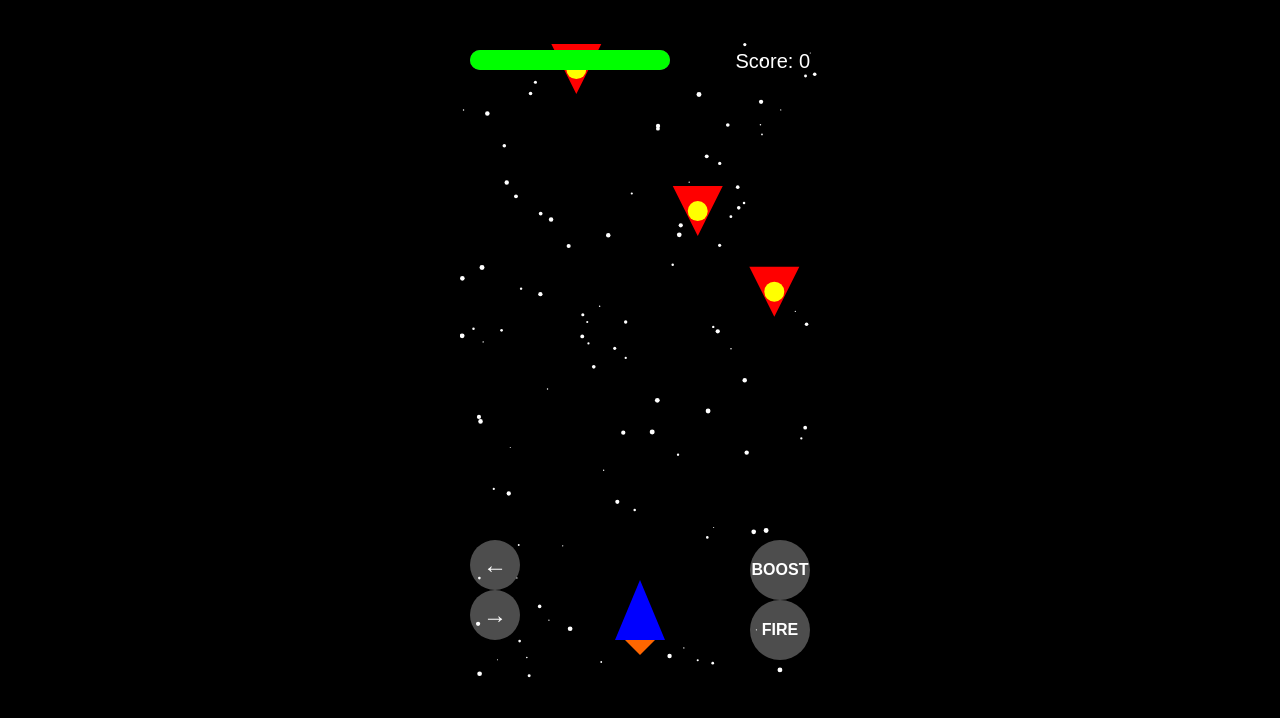
Repository: BiranOrundas/space-shooter
Page: space-shooter.html
The author's editor kept a copy of each file at every save. The page is drawn from the files as they stood at one save, then again after the next save.
The browser window is 1280 px wide. The pictures show the whole page.

Above is the page before, as saved 2025-03-13 13:01:39.

### space-shooter.html
<!DOCTYPE html>
<html lang="en">
<head>
  <meta charset="UTF-8">
  <meta name="viewport" content="width=device-width, initial-scale=1.0">
  <title>Space Shooter</title>
  <style>
    body {
      margin: 0;
      overflow: hidden;
      touch-action: none;
      font-family: Arial, sans-serif;
      background-color: #000;
      display: flex;
      justify-content: center;
      align-items: center;
      height: 100vh;
    }

    #game-container {
      position: relative;
      width: 360px;
      height: 640px;
      background-color: #000;
      overflow: hidden;
      touch-action: none;
    }

    #game-canvas {
      width: 100%;
      height: 100%;
    }

    #controls {
      position: absolute;
      bottom: 20px;
      left: 0;
      width: 100%;
      display: flex;
      justify-content: space-between;
      z-index: 10;
    }

    .direction-btn {
      width: 50px;
      height: 50px;
      background-color: rgba(255, 255, 255, 0.3);
      border-radius: 50%;
      display: flex;
      justify-content: center;
      align-items: center;
      color: white;
      font-weight: bold;
      font-size: 24px;
      user-select: none;
      margin: 0 10px;
    }

    .action-btn {
      width: 60px;
      height: 60px;
      background-color: rgba(255, 255, 255, 0.3);
      border-radius: 50%;
      display: flex;
      justify-content: center;
      align-items: center;
      color: white;
      font-weight: bold;
      font-size: 16px;
      user-select: none;
      margin: 0 10px;
    }

    #life-bar-container {
      position: absolute;
      top: 10px;
      left: 10px;
      width: 200px;
      height: 20px;
      background-color: rgba(255, 255, 255, 0.3);
      border-radius: 10px;
    }

    #life-bar {
      height: 100%;
      width: 100%;
      background-color: #0f0;
      border-radius: 10px;
      transition: width 0.3s;
    }

    #score {
      position: absolute;
      top: 10px;
      right: 10px;
      color: white;
      font-size: 20px;
    }

    #game-over {
      position: absolute;
      top: 0;
      left: 0;
      width: 100%;
      height: 100%;
      background-color: rgba(0, 0, 0, 0.8);
      display: none;
      flex-direction: column;
      justify-content: center;
      align-items: center;
      color: white;
      font-size: 30px;
      z-index: 20;
    }

    #restart-btn {
      margin-top: 20px;
      padding: 10px 20px;
      background-color: #0f0;
      color: black;
      border: none;
      border-radius: 5px;
      font-size: 18px;
      cursor: pointer;
    }

    .star {
      position: absolute;
      background-color: white;
      border-radius: 50%;
    }
  </style>
</head>
<body>
  <div id="game-container">
    <div id="life-bar-container">
      <div id="life-bar"></div>
    </div>
    <div id="score">Score: 0</div>
    <canvas id="game-canvas"></canvas>

    <div id="controls">
      <div id="movement-controls">
        <div class="direction-btn" id="left-btn">←</div>
        <div class="direction-btn" id="right-btn">→</div>
      </div>
      <div id="action-controls">
        <div class="action-btn" id="boost-btn">BOOST</div>
        <div class="action-btn" id="shoot-btn">FIRE</div>
      </div>
    </div>

    <div id="game-over">
      <div>GAME OVER</div>
      <div id="final-score">Score: 0</div>
      <button id="restart-btn">Restart</button>
    </div>
  </div>

  <script>
    // Game setup
    const canvas = document.getElementById('game-canvas');
    const ctx = canvas.getContext('2d');

    // Set canvas dimensions to match container
    const container = document.getElementById('game-container');
    canvas.width = container.clientWidth;
    canvas.height = container.clientHeight;

    // Game variables
    let score = 0;
    let gameOver = false;
    let animationId;

    // Player variables
    const player = {
      x: canvas.width / 2 - 25,
      y: canvas.height - 100,
      width: 50,
      height: 60,
      speed: 5,
      boostedSpeed: 10,
      isBoosting: false,
      life: 100,
      color: '#00f',
      cooldown: 0,
      lastShot: 0
    };

    // Game elements arrays
    const bullets = [];
    const enemies = [];
    const stars = [];

    // Control variables
    let leftPressed = false;
    let rightPressed = false;
    let shootPressed = false;
    let boostPressed = false;

    // Generate stars for background
    function createStars() {
      const starCount = 100;
      for (let i = 0; i < starCount; i++) {
        stars.push({
          x: Math.random() * canvas.width,
          y: Math.random() * canvas.height,
          size: Math.random() * 2 + 0.5,
          speed: Math.random() * 2 + 0.9
        });
      }
    }

    // if(!boostPressed){
    //     stars.push({speed : math.random() * 2 + 3.9})
    //     console.log("speed up")
    //     }else{
    //         stars.push({speed : math.random() * 2 + 0.9})
    //         console.log("speed up")
    //     }

    // Draw player's spaceship
    function drawPlayer() {
      // Draw player ship
      ctx.fillStyle = player.color;

      // Ship body
      ctx.beginPath();
      ctx.moveTo(player.x + player.width / 2, player.y);
      ctx.lineTo(player.x + player.width, player.y + player.height);
      ctx.lineTo(player.x, player.y + player.height);
      ctx.closePath();
      ctx.fill();

      // Engine flames
      if (player.isBoosting) {
        ctx.fillStyle = '#ff0';
      } else {
        ctx.fillStyle = '#f60';
      }

      const flameHeight = player.isBoosting ? 30 : 15;
      ctx.beginPath();
      ctx.moveTo(player.x + 10, player.y + player.height);
      ctx.lineTo(player.x + player.width / 2, player.y + player.height + flameHeight);
      ctx.lineTo(player.x + player.width - 10, player.y + player.height);
      ctx.closePath();
      ctx.fill();
    }

    // Create a bullet
    function shootBullet() {
      const now = Date.now();
      if (now - player.lastShot > 300) { // Cooldown in ms
        bullets.push({
          x: player.x + player.width / 2 - 3,
          y: player.y,
          width: 1,
          height: 15,
          speed: 10,
          color: '#f00'
        });
        player.lastShot = now;
      }
    }

    // Draw bullets
    function drawBullets() {
      bullets.forEach(bullet => {
        ctx.fillStyle = bullet.color;
        ctx.fillRect(bullet.x, bullet.y, bullet.width, bullet.height);
      });
    }

    // Create enemy ships
    function spawnEnemy() {
      if (Math.random() < 0.02 && !gameOver) {
        enemies.push({
          x: Math.random() * (canvas.width - 50),
          y: -50,
          width: 50,
          height: 50,
          speed: Math.random() * 2 + 1
        });
      }
    }

    // Draw enemy ships
    function drawEnemies() {
      enemies.forEach(enemy => {
        // Enemy ship body
        ctx.fillStyle = '#f00';
        ctx.beginPath();
        ctx.moveTo(enemy.x + enemy.width / 2, enemy.y + enemy.height);
        ctx.lineTo(enemy.x + enemy.width, enemy.y);
        ctx.lineTo(enemy.x, enemy.y);
        ctx.closePath();
        ctx.fill();

        // Enemy details
        ctx.fillStyle = '#ff0';
        ctx.beginPath();
        ctx.arc(enemy.x + enemy.width / 2, enemy.y + enemy.height / 2, 10, 0, Math.PI * 2);
        ctx.fill();
      });
    }

    // Draw stars background
    function drawStars() {
      ctx.fillStyle = 'white';
      stars.forEach(star => {
        ctx.beginPath();
        ctx.arc(star.x, star.y, star.size, 0, Math.PI * 2);
        ctx.fill();
      });
    }

    // Update star positions
    function updateStars() {
      stars.forEach(star => {
        star.y += star.speed;
        if (star.y > canvas.height) {
          star.y = 0;
          star.x = Math.random() * canvas.width;
        }
      });
    }

    // Update game elements
    function updateGameElements() {
      // Update player position
      if (leftPressed && player.x > 0) {
        player.x -= player.isBoosting ? player.boostedSpeed : player.speed;
      }
      if (rightPressed && player.x < canvas.width - player.width) {
        player.x += player.isBoosting ? player.boostedSpeed : player.speed;
      }

      // Update bullets
      for (let i = 0; i < bullets.length; i++) {
        bullets[i].y -= bullets[i].speed;

        // Remove bullets that are off screen
        if (bullets[i].y < 0) {
          bullets.splice(i, 1);
          i--;
        }
      }

      // Update enemies
      for (let i = 0; i < enemies.length; i++) {
        enemies[i].y += enemies[i].speed;

        // Check for collision with player
        if (
          player.x < enemies[i].x + enemies[i].width &&
          player.x + player.width > enemies[i].x &&
          player.y < enemies[i].y + enemies[i].height &&
          player.y + player.height > enemies[i].y
        ) {
          // Player hit by enemy
          player.life -= 30;
          updateLifeBar();

          // Remove enemy
          enemies.splice(i, 1);
          i--;

          // Check game over
          if (player.life <= 0) {
            endGame();
          }

          continue;
        }

        // Check for bullets hitting enemies
        for (let j = 0; j < bullets.length; j++) {
          if (
            bullets[j].x < enemies[i].x + enemies[i].width &&
            bullets[j].x + bullets[j].width > enemies[i].x &&
            bullets[j].y < enemies[i].y + enemies[i].height &&
            bullets[j].y + bullets[j].height > enemies[i].y
          ) {
            // Enemy hit by bullet
            score += 10;
            updateScore();

            // Remove enemy and bullet
            enemies.splice(i, 1);
            bullets.splice(j, 1);
            i--;
            break;
          }
        }

        // Remove enemies that are off screen
        if (enemies[i] && enemies[i].y > canvas.height) {
          enemies.splice(i, 1);
          i--;
        }
      }
    }

    // Update life bar
    function updateLifeBar() {
      const lifeBar = document.getElementById('life-bar');
      lifeBar.style.width = `${player.life}%`;

      // Change color based on life
      if (player.life > 60) {
        lifeBar.style.backgroundColor = '#0f0';
      } else if (player.life > 30) {
        lifeBar.style.backgroundColor = '#ff0';
      } else {
        lifeBar.style.backgroundColor = '#f00';
      }
    }

    // Update score display
    function updateScore() {
      document.getElementById('score').textContent = `Score: ${score}`;
    }

    // Game over
    function endGame() {
      gameOver = true;
      document.getElementById('game-over').style.display = 'flex';
      document.getElementById('final-score').textContent = `Score: ${score}`;
      cancelAnimationFrame(animationId);
    }

    // Main game loop
    function gameLoop() {
      // Clear canvas
      ctx.fillStyle = '#000';
      ctx.fillRect(0, 0, canvas.width, canvas.height);

      // Draw stars
      drawStars();
      updateStars();

      // Spawn enemies
      spawnEnemy();

      // Update game elements
      updateGameElements();

      // Fire bullet if shoot button is pressed
      if (shootPressed) {
        shootBullet();
      }

      // Draw game elements
      drawPlayer();
      drawBullets();
      drawEnemies();

      // Continue game loop
      if (!gameOver) {
        animationId = requestAnimationFrame(gameLoop);
      }
    }

    // Event listeners for keyboard controls
    document.addEventListener('keydown', (e) => {
      if (e.key === 'ArrowLeft' || e.key === 'a') leftPressed = true;
      if (e.key === 'ArrowRight' || e.key === 'd') rightPressed = true;
      if (e.key === ' ' || e.key === 'Enter') shootPressed = true;
      if (e.key === 'Shift') {
        boostPressed = true;
        player.isBoosting = true;
      }
    });

    document.addEventListener('keyup', (e) => {
      if (e.key === 'ArrowLeft' || e.key === 'a') leftPressed = false;
      if (e.key === 'ArrowRight' || e.key === 'd') rightPressed = false;
      if (e.key === ' ' || e.key === 'Enter') shootPressed = false;
      if (e.key === 'Shift') {
        boostPressed = false;
        player.isBoosting = false;
      }
    });

    // Touch controls
    const leftBtn = document.getElementById('left-btn');
    const rightBtn = document.getElementById('right-btn');
    const shootBtn = document.getElementById('shoot-btn');
    const boostBtn = document.getElementById('boost-btn');

    leftBtn.addEventListener('touchstart', (e) => {
      e.preventDefault();
      leftPressed = true;
    });

    leftBtn.addEventListener('touchend', (e) => {
      e.preventDefault();
      leftPressed = false;
    });

    rightBtn.addEventListener('touchstart', (e) => {
      e.preventDefault();
      rightPressed = true;
    });

    rightBtn.addEventListener('touchend', (e) => {
      e.preventDefault();
      rightPressed = false;
    });

    shootBtn.addEventListener('touchstart', (e) => {
      e.preventDefault();
      shootPressed = true;
    });

    shootBtn.addEventListener('touchend', (e) => {
      e.preventDefault();
      shootPressed = false;
    });

    boostBtn.addEventListener('touchstart', (e) => {
      e.preventDefault();
      boostPressed = true;
      player.isBoosting = true;
    });

    boostBtn.addEventListener('touchend', (e) => {
      e.preventDefault();
      boostPressed = false;
      player.isBoosting = false;
    });

    // Mouse controls (for testing on desktop)
    leftBtn.addEventListener('mousedown', () => {
      leftPressed = true;
    });

    leftBtn.addEventListener('mouseup', () => {
      leftPressed = false;
    });

    rightBtn.addEventListener('mousedown', () => {
      rightPressed = true;
    });

    rightBtn.addEventListener('mouseup', () => {
      rightPressed = false;
    });

    shootBtn.addEventListener('mousedown', () => {
      shootPressed = true;
    });

    shootBtn.addEventListener('mouseup', () => {
      shootPressed = false;
    });

    boostBtn.addEventListener('mousedown', () => {
      boostPressed = true;
      player.isBoosting = true;
    });

    boostBtn.addEventListener('mouseup', () => {
      boostPressed = false;
      player.isBoosting = false;
    });

    // Restart game
    document.getElementById('restart-btn').addEventListener('click', () => {
      // Reset game state
      score = 0;
      gameOver = false;
      player.life = 100;
      player.x = canvas.width / 2 - 25;
      player.y = canvas.height - 100;
      player.isBoosting = false;

      // Clear arrays
      bullets.length = 0;
      enemies.length = 0;

      // Update UI
      updateScore();
      updateLifeBar();

      // Hide game over screen
      document.getElementById('game-over').style.display = 'none';

      // Start game loop
      gameLoop();
    });

    // Initialize game
    function initGame() {
      createStars();
      updateLifeBar();
      gameLoop();
    }

    // Start the game
    window.addEventListener('load', initGame);
  </script>
</body>
</html>

After the next save:
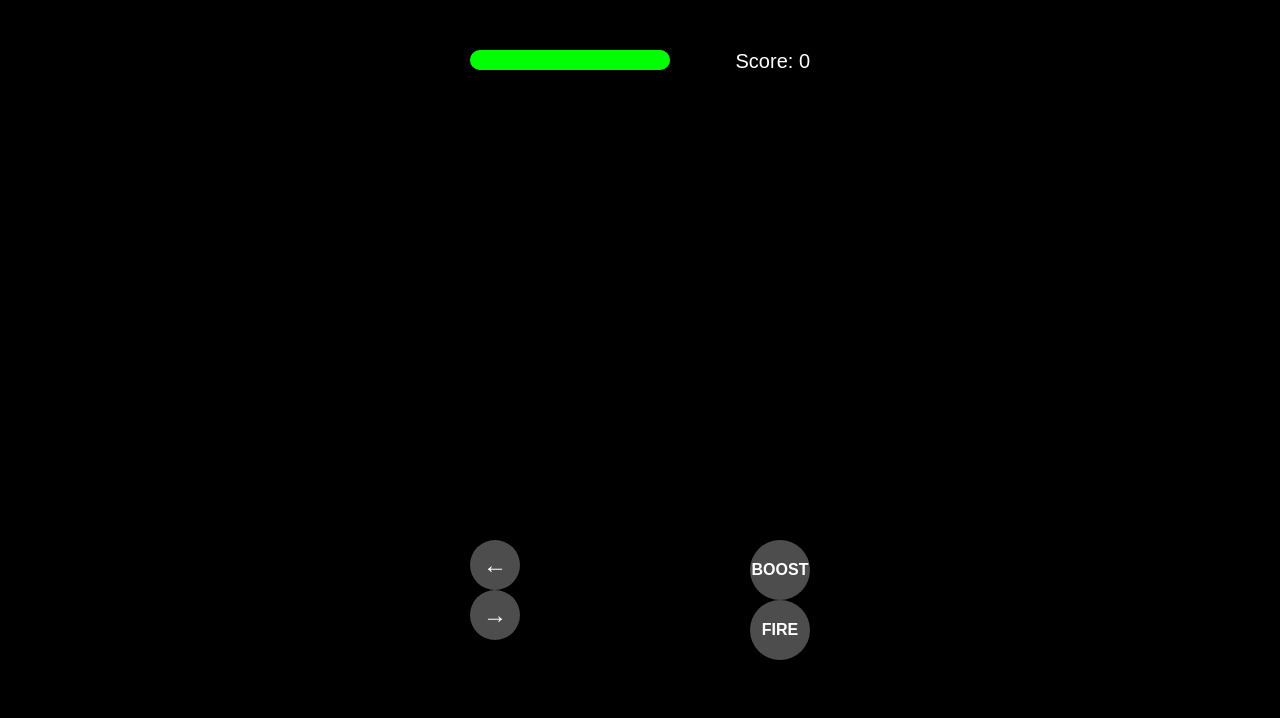
Console error: ReferenceError: math is not defined
Saved 4 s later.
--- a/space-shooter.html
+++ b/space-shooter.html
@@ -211,13 +211,13 @@
       }
     }
 
-    // if(!boostPressed){
-    //     stars.push({speed : math.random() * 2 + 3.9})
-    //     console.log("speed up")
-    //     }else{
-    //         stars.push({speed : math.random() * 2 + 0.9})
-    //         console.log("speed up")
-    //     }
+    if(!boostPressed){
+        stars.push({speed : math.random() * 2 + 3.9})
+        console.log("speed up")
+        }else{
+            stars.push({speed : math.random() * 2 + 0.9})
+            console.log("speed up")
+        }
 
     // Draw player's spaceship
     function drawPlayer() {

After the 4 saves that followed:
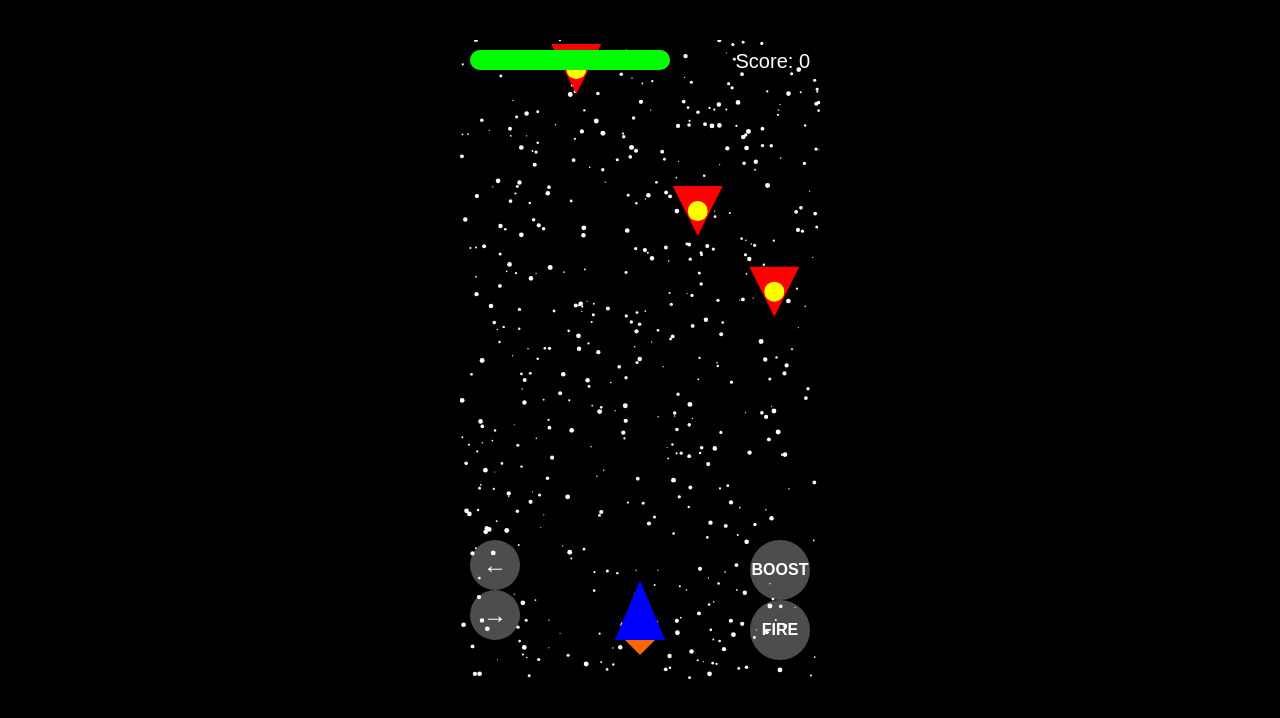
The error is gone.
The 4 saves are shown as one change because 3 left the picture as it was.
The last was saved 43 s later.
--- a/space-shooter.html
+++ b/space-shooter.html
@@ -200,7 +200,7 @@
 
     // Generate stars for background
     function createStars() {
-      const starCount = 100;
+      const starCount = 500;
       for (let i = 0; i < starCount; i++) {
         stars.push({
           x: Math.random() * canvas.width,
@@ -211,12 +211,20 @@
       }
     }
 
-    if(!boostPressed){
-        stars.push({speed : math.random() * 2 + 3.9})
-        console.log("speed up")
+    if(boostPressed){
+        function createStars() {
+      const starCount = 500;
+      for (let i = 0; i < starCount; i++) {
+        stars.push({
+          x: Math.random() * canvas.width,
+          y: Math.random() * canvas.height,
+          size: Math.random() * 2 + 0.5,
+          speed: Math.random() * 2 + 0.9
+        });
+      }
+    }
         }else{
-            stars.push({speed : math.random() * 2 + 0.9})
-            console.log("speed up")
+
         }
 
     // Draw player's spaceship
